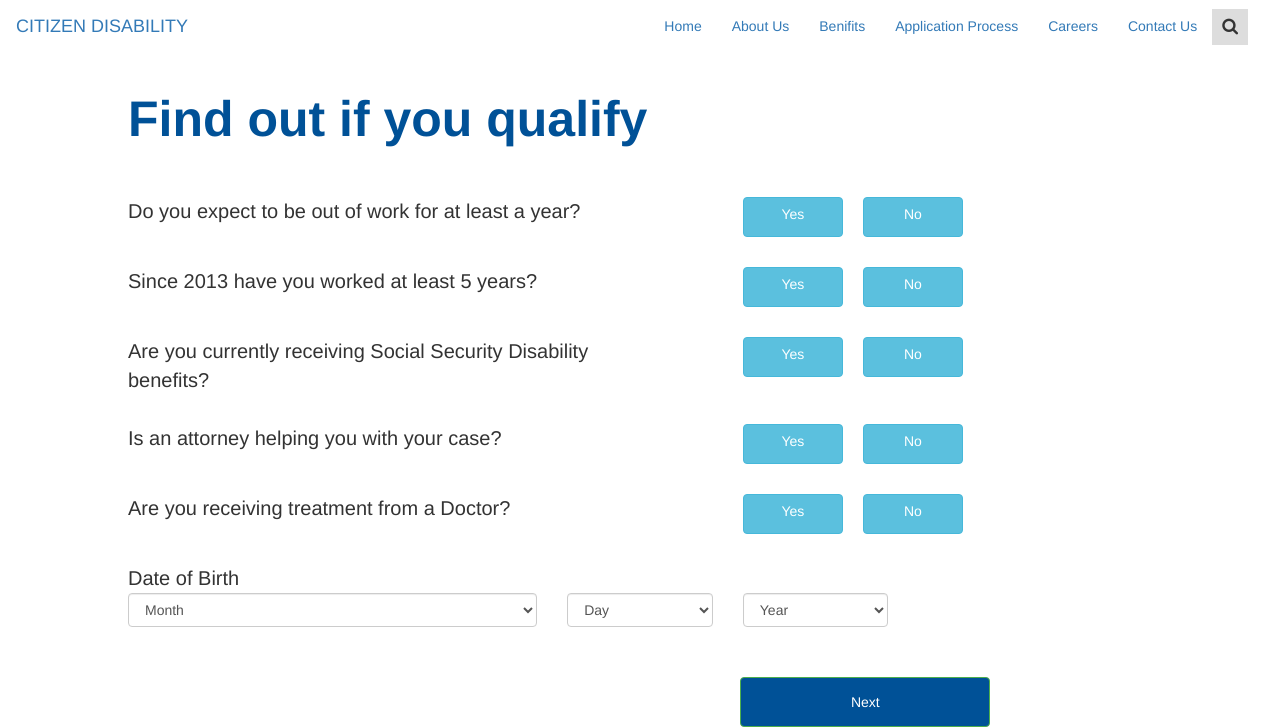
Repository: welcome0605/Embed-html-integrate-with-API
Page: Home.html
The author's editor kept a copy of each file at every save. The page is drawn from the files as they stood at one save, then again after the next save.
The browser window is 1280 px wide. The pictures show the whole page.

Above is the page before, as saved 2019-04-29 15:33:07.

After the next save:
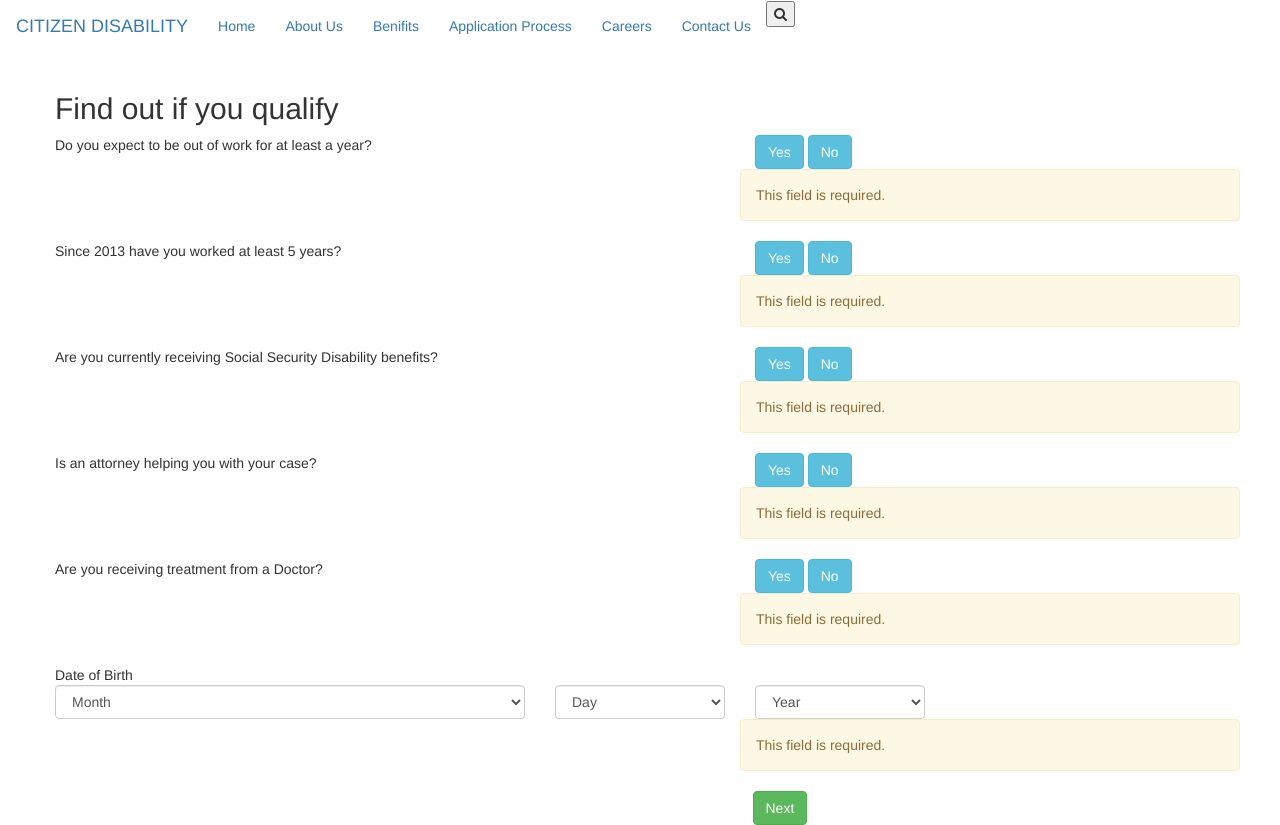
Saved 45 s later.
--- a/Home.html
+++ b/Home.html
@@ -7,7 +7,7 @@
   <link rel="stylesheet" href="https://maxcdn.bootstrapcdn.com/bootstrap/3.4.0/css/bootstrap.min.css">
   <script src="https://ajax.googleapis.com/ajax/libs/jquery/3.3.1/jquery.min.js"></script>
   <script src="https://maxcdn.bootstrapcdn.com/bootstrap/3.4.0/js/bootstrap.min.js"></script>
-  <link rel = "stylesheet" type = "text/css" href = "./css/base.css" />
+  <!-- <link rel = "stylesheet" type = "text/css" href = "./css/base.css" /> -->
   <link rel="stylesheet" href="https://cdnjs.cloudflare.com/ajax/libs/font-awesome/4.7.0/css/font-awesome.min.css">
   <script src="https://ajax.googleapis.com/ajax/libs/jquery/3.3.1/jquery.min.js"></script>
   <script>

After the save that followed:
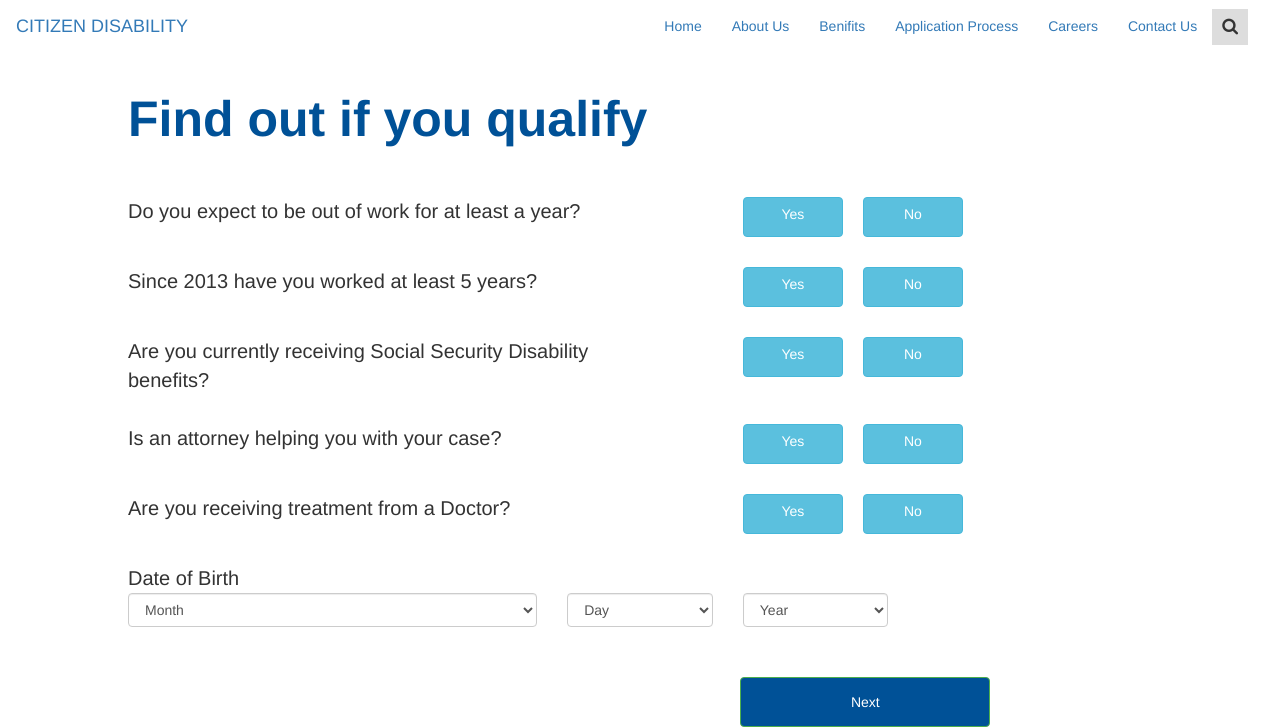
Saved 9 s later.
--- a/Home.html
+++ b/Home.html
@@ -7,7 +7,7 @@
   <link rel="stylesheet" href="https://maxcdn.bootstrapcdn.com/bootstrap/3.4.0/css/bootstrap.min.css">
   <script src="https://ajax.googleapis.com/ajax/libs/jquery/3.3.1/jquery.min.js"></script>
   <script src="https://maxcdn.bootstrapcdn.com/bootstrap/3.4.0/js/bootstrap.min.js"></script>
-  <!-- <link rel = "stylesheet" type = "text/css" href = "./css/base.css" /> -->
+  <link rel = "stylesheet" type = "text/css" href = "./css/base.css" />
   <link rel="stylesheet" href="https://cdnjs.cloudflare.com/ajax/libs/font-awesome/4.7.0/css/font-awesome.min.css">
   <script src="https://ajax.googleapis.com/ajax/libs/jquery/3.3.1/jquery.min.js"></script>
   <script>
